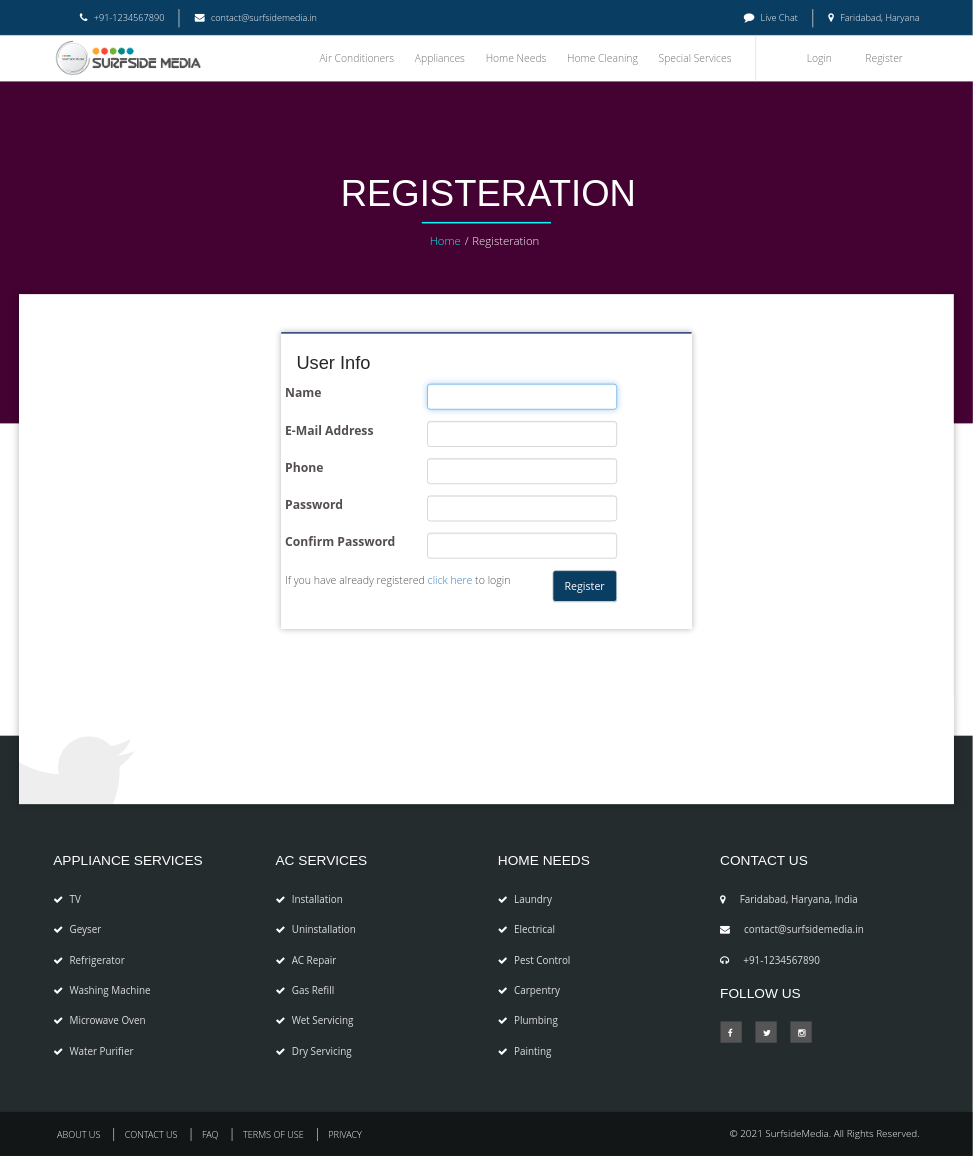
Repository: samiraelshon123/LP_Project
Page: http://localhost/register
These files come from the project's save history. The page is drawn as it stood at one moment and after the next save; the edit follows.
The browser window is 1280 px wide. The pictures show the whole page, at 76% of full size.
Backgrounds fixed to the window are drawn as part of the page. The page is served by the project's Laravel application, run on PHP 8.4 with Laravel 9. Other server files are loaded and not shown.

Above is the page before, as saved 2023-05-22 23:24:09.

### routes/web.php
<?php

use Illuminate\Support\Facades\Route;
use App\Http\Controllers\admin\CategoryController;
use App\Http\Controllers\admin\BrandController;
use App\Http\Controllers\admin\BlogController;
use App\Http\Controllers\admin\SocialMediaController;
use App\Http\Controllers\auth\RegisterController;
use App\Http\Controllers\auth\LoginController;
use App\Http\Controllers\auth\LogoutController;
use App\Http\Controllers\auth\AdminLoginController;

////////////

//user

use App\Http\Controllers\User\UserController;

/*
|--------------------------------------------------------------------------
| Web Routes
|--------------------------------------------------------------------------
|
| Here is where you can register web routes for your application. These
| routes are loaded by the RouteServiceProvider within a group which
| contains the "web" middleware group. Now create something great!
|
*/

Route::group(['prefix' => 'admin','middleware' => ['auth:admin']], function() {
        //admin
        Route::get('/', function(){
            return view('admin.dashboard');
        })->name('admin');

    // brand
    Route::resource('category', CategoryController::class);

    // governorate
    Route::resource('brand', BrandController::class);

    //blog
     Route::resource('blog',BlogController::class);



});

//////////////////////////////////


Route::group(['middleware' => ['auth']], function() {
    Route::get('/', [UserController::class, 'home'])->name('user.home');
    Route::get('/category/{id}', [UserController::class, 'category'])->name('user.category');
    Route::get('/governorate/{id}', [UserController::class, 'governorate'])->name('user.governorate');
    Route::post('/search', [UserController::class, 'search'])->name('user.search');
    Route::get('/contact', [UserController::class, 'contact'])->name('user.contact');
    Route::post('/storeContact', [UserController::class, 'storeContact'])->name('user.storeContact');




});

//////////////////////////////////

//authentication

Route::get('/register', [RegisterController::class, 'register'])->name('register');
Route::post('/register', [RegisterController::class, 'registerUser'])->name('registerUser');


Route::get('/login', [LoginController::class, 'login'])->name('login');
Route::post('/login', [LoginController::class, 'loginUser'])->name('loginUser');


Route::get('/logout', [LogoutController::class, 'logout']);

Route::get('/adminlogin', [AdminLoginController::class, 'loginPage']);
Route::post('/adminlogin', [AdminLoginController::class, 'loginAdmin'])->name('adminlogin');

### app/Http/Controllers/auth/RegisterController.php
<?php

namespace App\Http\Controllers\auth;

use Illuminate\Http\Request;
use App\Http\Controllers\Controller;
use App\Models\User;
class RegisterController extends Controller
{
    public function register(){
        return view('user.auth.register');
    }
    public function registerUser(Request $request){
        $data = $this->validate(request(),[
            'name' => 'required',
            'user_type' => 'required',
            'phone' => 'required',
            'email' => 'required|unique:users',
            'password' => 'min:6',
            'password_confirmation' => 'required_with:password|same:password|min:6'


        ],[],[]);
        $news = User::create( [

            'name' => request('name'),
            'username' => request('name'),
            'user_type' => request('user_type'),
            'phone' => request('phone'),
            'email' => request('email'),
            'password' => bcrypt(request('password')),

        ]);
        return redirect('/');

    }
}

### resources/views/user/auth/register.blade.php
@include('layouts.header')

<div class="section-title-01 honmob">
            <div class="bg_parallax image_02_parallax"></div>
            <div class="opacy_bg_02">
                <div class="container">
                    <h1>Registeration</h1>
                    <div class="crumbs">
                        <ul>
                            <li><a href="index.php.html">Home</a></li>
                            <li>/</li>
                            <li>Registeration</li>
                        </ul>
                    </div>
                </div>
            </div>
        </div>
        <section class="content-central">
            <div class="semiboxshadow text-center">
            </div>
            <div class="content_info">
                <div class="paddings-mini">
                    <div class="container">
                        <div class="col-xs-12 col-sm-6 col-md-6 col-md-offset-3 profile1" style="padding-bottom:40px;">
                            <div class="thinborder-ontop">
                                <h3>User Info</h3>
                                @if ($errors->any())
            <div class="alert alert-danger">
                <ul>
                    @foreach ($errors->all() as $error)
                        <li>{{ $error }}</li>
                    @endforeach
                </ul>
            </div>
    @endif
                                <form class="row g-3" method="POST" action="{{ route('register') }}" enctype="multipart/form-data">
                                  @csrf
                                  <div class="form-group row">
                                        <label for="name" class="col-md-4 col-form-label text-md-right">Name</label>
                                        <div class="col-md-6">
                                            <input id="name" type="text" class="form-control" name="name" value="" required="" autofocus="">
                                        </div>
                                    </div>
                                    <div class="form-group row">
                                        <label for="email" class="col-md-4 col-form-label text-md-right">E-Mail Address</label>
                                        <div class="col-md-6">
                                            <input id="email" type="email" class="form-control" name="email" value="" required="">
                                        </div>
                                    </div>

                                    <div class="form-group row">
                                        <label for="phone" class="col-md-4 col-form-label text-md-right">Phone</label>
                                        <div class="col-md-6">
                                            <input id="phone" type="text" class="form-control" name="phone" value="" required="" autofocus="">
                                        </div>
                                    </div>

                                    <div class="form-group row">
                                        <label for="password"
                                            class="col-md-4 col-form-label text-md-right">Password</label>
                                        <div class="col-md-6">
                                            <input id="password" type="password" class="form-control" name="password" required="">
                                        </div>
                                    </div>
                                    <div class="form-group row">
                                        <label for="password-confirm"
                                            class="col-md-4 col-form-label text-md-right">Confirm Password</label>
                                        <div class="col-md-6">
                                            <input id="password-confirm" type="password" class="form-control" name="password_confirmation" required="">
                                        </div>
                                    </div>
                                    <div class="form-group row mb-0">
                                        <div class="col-md-10">
                                            <span style="font-size: 14px;">If you have already registered <a
                                                    href="login.html" title="Login">click here</a> to login</span>
                                            <button type="submit" class="btn btn-primary pull-right">Register</button>
                                        </div>
                                    </div>
                                </form>
                            </div>
                        </div>
                    </div>
                </div>
            </div>
            <div class="section-twitter">
                <i class="fa fa-twitter icon-big"></i>
                <div class="container">
                    <div class="row">
                        <div class="col-md-12">
                            <div class="text-center">
                            </div>
                        </div>
                    </div>
                </div>
            </div>
        </section>
        @include('layouts.footer')

### public/asset/css/chblue.css
/* Backgrounds ----------------------------------------------------------*/
.btn-primary,
.btn-primary:hover,
.flat-mega-menu .drop-down.full-width ul li a.btn,
.filter-header input[type="submit"],
.ui-widget-header,
.ui-state-default:hover,
.ui-widget-content .ui-state-default:hover,
.ui-widget-header .ui-state-default:hover,
.flat-mega-menu .login-form input[type=submit],
.flat-mega-menu .search-bar ul input[type=submit],
.skin_base,
.promotion-box-info .btn,
.list-styles li i,
.info-gallery .price b,
.widget .input-group-addon.btn-search input,
.header-v2,
.info-head,
.nav-tabs li.active a,
.nav-tabs li.active a:hover,
.nav-tabs li a:hover,
.sort-by-container .style-view li:hover,
.sort-by-container .style-view li.active,
.selector span.custom-select:before,
.slider-selection,
.filter-widget input[type="submit"],
.tabs-detailed .services-lines li:hover,
.pagination > .active > a,
.pagination .active,
.tooltip-inner,
.owl-theme .owl-controls .owl-buttons div,
#theme-options .layout-style li.active,
.thumbs li:hover,
p.lead .line,
.info-testimonial,
.filter-header,
.profilebackground,
.filter-header input[type="button"]{
	background: #0a3d62 !important;
	background-color: #0a3d62 !important;
}
.opacy_bg_03,
.item-team-01 .info-team,
.header-detailed{
	background: #0a3d62;
	background: rgba(136, 196, 37, 0.6);
}

/* Colors ----------------------------------------------------------*/
.item-service-line i,
.titles h2 span,
.info-boxed h3 span,
.price span,
.title-footer h2 span,
.flat-mega-menu > ul > .title > a > span,
.flat-mega-menu > ul > .title i,
.icon-big-nav i,
.ui-datepicker th,
.head-feature,
.flat-mega-menu > ul > li:hover > a,
.footer-v2 ul li i,
.footer-v3 ul li i,
.footer-v4 ul li i,
.flat-mega-menu > ul > li:hover > a,
.flat-mega-menu .login-form:hover,
.flat-mega-menu .search-bar:hover,
.item-team h4 span,
.item-team-01 .social-team li a:hover,
.large-number,
.info-gallery h3 span,
.post-format-icon > i,
.post-item .post-title a:hover,
.post-meta a:hover,
.post-quote-author a,
.single-blog h4 i,
.single-blog h4 a,
.nav-tabs li i,
.container-by-widget-filter h4,
.title-results a,
blockquote > a,
.tweet_time a,
.tweet_text a,
.acc-trigger a:hover, .acc-trigger.active a, .acc-trigger.active a:hover,
.crumbs li a,
.page-error h1 i,
.sitemap li a:hover,
.pagination > li > a, .pagination > li > span,
address i,
address a{
	color: #0a3d62;
}

/* Borders ----------------------------------------------------------*/
.pagination > .active > a,
.pagination > .active:hover > a,
.filter-header,
.flat-mega-menu h2 span,
.ui-datepicker,
.crumbs ul,
.portfolioFilter .current, .portfolioFilter a:hover,
.post-format-icon > i,
.section-title-03 h1,
.title-widget{
	border-color: #0a3d62 !important;
}
.crumbs:before{
	border-bottom: 20px solid #0a3d62;
}
.tooltip.top .tooltip-arrow {
  border-top-color: #0a3d62;
}
.flat-mega-menu .drop-down,
.flat-mega-menu .social-bar ul {
	border-bottom-color: #0a3d62;
}
.nav-tabs li.active:after {
	border: 16px solid #0a3d62;
	border-left-color: transparent;
	border-right-color: transparent;
	border-bottom-color: transparent;
	content: "";
	left: 50%;
	margin-left: -16px;
	position: absolute;
	z-index: 101;
}
.title-widget:after {
  border-top: 15px solid  #0a3d62;
}

hr.separator::before {
	background: #0a3d62;
}
#footer .fa{
	color:#fff;
}
.footer-m {
	border-top: 2px solid #0a3d62;
}

.footer-m ul li a .fa {
	color: #0a3d62 !important;
}

 .crumbs ul{
	border-color: #05f9f9 !important;
}

.crumbs ul li a{
	color: #05f9f9 !important;
}

.line{
	background: #05f9f9 !important;
	background-color: #05f9f9 !important;
}
.header-v3 {
	z-index: 9999;
}
.error{
	color:#f20e0e !important;
	font-size: 14px !important;
}

.typeahead, .typeahead li{
	z-index: 99999 !important;
}
#sponsors{
	z-index: 101;
}
.#owl-wrapper{
	z-index: 100;
}

### public/asset/css/theme-responsive.css
/* ---------------------------------------------------------------------- */
/*	Version 1500px
/* ---------------------------------------------------------------------- */
@media handheld, only screen and (max-width: 1500px) {
	.layout-wide .crumbs:before{
	    left: 15%;
	}
	/* Filter Header - Title Header ------------------------------*/
	.filter-title{
		top: 12%;
		left: 0%;
		margin-left: 0;
		width: 100%;
	}
	.title-header h1{
		font-size: 4rem;
		line-height: 4.3rem;
	}
	.filter-header{
		max-width: 80%;
	}
}
/* ---------------------------------------------------------------------- */
/*	Version 1280px
/* ---------------------------------------------------------------------- */
@media handheld, only screen and (max-width: 1250px) {
	.flat-mega-menu > ul > li > a {
		padding-left: 8px;
		padding-right: 8px;
		font-size: 0.78rem;
	}
	.flat-mega-menu > ul > .title i{
		right: 20%;
	}
	/* Filter Header - Title Header ------------------------------*/
	.filter-title{
		top: 12%;
		left: 0%;
		margin-left: 0;
		width: 100%;
	}
	.title-header h1{
		font-size: 3.5rem;
		line-height: 3.7rem;
	}
	.layout-semiboxed .flat-mega-menu .container,
	.layout-semiboxed footer .container{
		width: auto !important;
		padding-right: 15px !important;
  		padding-left: 15px !important;
	}
}
/* ---------------------------------------------------------------------- */
/*	Version 1024px
/* ---------------------------------------------------------------------- */
@media handheld, only screen and (max-width: 1024px) {

	.section-title{
		height: 290px;
	}
	.semiboxshadow img {
		display: none;
	}
}
/* ---------------------------------------------------------------------- */
/*	 Version 1000px
/* ---------------------------------------------------------------------- */
@media handheld, only screen and (max-width: 999px) {
	html {
		font-size: 14px;
	}

	header{
		position: relative;
	}
	.content-info{
		max-width: auto;
		margin-top: 0;
		margin-bottom: -120px;
	}

	.layout-wide .content-info{
		max-width: auto;
	}
	.layout-wide .semiboxshadow{
		display: none;
	}
	.layout-boxed-margin{
		max-width: 1230px;
		margin: 0 auto;
	}
	.footer-down,
	.footer-down ul,
	header{
		text-align: center;
	}
	footer h4,
	.post-item h4{
		margin-top: 20px;
	}
	.img-footer{
		margin-top: 60px;
	}
	.footer-v3 .img-footer{
		margin-top: 0;
		margin-bottom: 0;
	}

	/* Filter Header - Title Header ------------------------------*/
	.header-v1{
		background: rgba(0,0,0,0.7);
		max-height: 2000px !important;
	}
	.flat-mega-menu > ul > .title > a{
		padding-left: 0;
		padding-right: 0;
	}
	.flat-mega-menu > ul > .title i{
		right: 40%;
	}
	.flat-mega-menu > ul > li > a {
		font-size: 1rem;
	}
	.filter-title{
		top: 12%;
		left: 10%;
		margin-left: -5%;
		width: 90%;
	}
	.title-header h1{
		font-size: 3rem;
		line-height: 3.4rem;
	}
	.title-header p{
		max-width: 700px;
	}
	.filter-header{
		max-width: 100%;
	}
	.content-central{
		margin-top: -50px;
		margin-bottom: -150px;
	}
	.services-lines{
		width: 100%;
		margin-top: 30px;
	}
	.services-lines-info{
		text-align: center;
	}
	.services-lines-info p.lead .line {
	  margin: 20px auto;
	}
	.promotion-box{
		max-width: 350px;
		margin:0 auto 30px auto;
	}
	.info-testimonial{
		width: 100%;
		margin-left: 0;
	}
	#slide-features .btn{
		margin-bottom: 20px;
	}
	footer{
		text-align: center;
	}
	.testimonial-info{
		text-align: center;
		padding-bottom: 100px;
	}
	.content-boxes .item-boxed{
		width: 100%;
	}
	.testimonial-info{
		padding-top: 80px;
	}
	footer .input-group{
		margin-bottom: 20px;
	}
	.footer-v1 ul.nav-footer{
		margin-top: 10px;
	}
	.section-title-01 h1{
		padding-top: 180px;
	}
	.section-title-02,
	.section-title-03{
		text-align: center;
		height: 300px;
	}
	.section-title-02 .crumbs,
	.section-title-03 .crumbs{
	  padding: 0;
	  text-align: center;
	}
	.section-title-03 h1{
		padding: 110px 0 10px 0;
	}
	.section-title-03 .crumbs ul {
	  margin: 10px auto;
	  padding: 10px;
	  list-style: none;
	}
	.item-table{
		margin:0 auto 30px auto;
		max-width: 380px;
		border:1px solid #dedede !important;
	}

}
/* ---------------------------------------------------------------------- */
/*	 Mobile Version 768px
/* ---------------------------------------------------------------------- */
@media handheld, only screen and (max-width: 768px) {


}
/* ---------------------------------------------------------------------- */
/*	 Version 600px
/* ---------------------------------------------------------------------- */
@media handheld, only screen and (max-width: 600px) {
	.flat-mega-menu > ul > .title i{
		display: none !important;
	}
	.filter-title{
		top: 40%;
	}
	.filter-header{
		max-width: 100%;
		height: auto;
		overflow: auto;
	}
	.content-central{
		margin-top: 0;
		margin-bottom: -150px;
	}
	.title-header h1{
		font-size: 2rem;
		line-height: 2.4rem;
	}
	.filter-header .input-large{
		width: 40%;
	}
	.filter-header .date-input{
		width: 20%;
		font-size: 0.7rem;
		border-top: 1px solid #dedede;
	}
	.filter-header .selector {
		width: 20%;
		border-top: 1px solid #dedede;
	}
	.filter-header input[type="submit"]{
		width: 100%;
	}
	.content-boxes .item-boxed{
		margin-bottom: 30px;
		display: block;
	}
	.image-boxed{
		float: none !important;
	  	width: 100% !important;
	  	display: block !important;
	}
	.image-boxed img{
		width: auto !important;
	}
	.info-boxed{
	  	width: 100% !important;
	  	top: 0;
	  	margin-bottom: 30px;
	  	height: auto;
	}
	.boxed-bottom{
		border-bottom: 0 !important;
	}
	.boxed-top{
		border-top: 0 !important;
	}
	.services-lines li{
		width: 33.33%;
	}
	.image-boxed a.more-boxe{
		top: 60%;
	}
}
/* ---------------------------------------------------------------------- */
/*	 Version 480px
/* ---------------------------------------------------------------------- */
@media handheld, only screen and (max-width: 470px) {
	.title-header p,
	.title-header h1{
		display: none;
	}
	.filter-header .input-large{
		width: 100%;
	}
	.filter-header .date-input{
		width: 100%;
		font-size: 0.7rem;
	}
	.filter-header .selector {
		width: 100%;
	}
	.filter-header input[type="submit"]{
		width: 100%;
	}
	.services-lines li{
		width: 50%;
	}
}

Loaded but not shown: app/Http/Controllers/Controller.php (common file); public/asset/css/dtb/jquery.dataTables.min.css (library); public/asset/css/select2.min.css (library); public/asset/css/toastr.min.css (library); public/asset/js/jquery.js (library); public/asset/js/jquery-ui.1.10.4.min.js (library); public/asset/js/toastr.min.js (library); public/asset/js/modernizr.js (library); lang/en.json (common file); public/asset/css/bootstrap/bootstrap.min.css (library); public/asset/css/bootstrap/bootstrap-theme.css (library); public/asset/css/bootstrap/bootstrap-slider.css (library); public/asset/js/fancybox/jquery.fancybox.css (library); public/asset/css/animations/animate.css (library); public/asset/css/carousel/owl.carousel.css (common file); public/asset/css/carousel/owl.theme.css (library); public/asset/css/flickr/flickr.css (common file); public/asset/css/icons/font-awesome.min.css (library); public/asset/css/slide/revolution.css (common file); public/asset/css/style.css (4114 lines, source omitted); public/asset/js/rs-plugin/css/settings.css (2436 lines, source omitted); public/asset/css/calendar/calendar.css (1201 lines, source omitted); public/asset/css/slide/extralayers.css (1390 lines, source omitted); public/asset/css/nav/style.css (882 lines, source omitted); resources/views/layouts/footer.blade.php (132 lines, source omitted); resources/views/layouts/header.blade.php (127 lines, source omitted); public/asset/css/skins/theme-options.css (246 lines, source omitted)

After the next save:
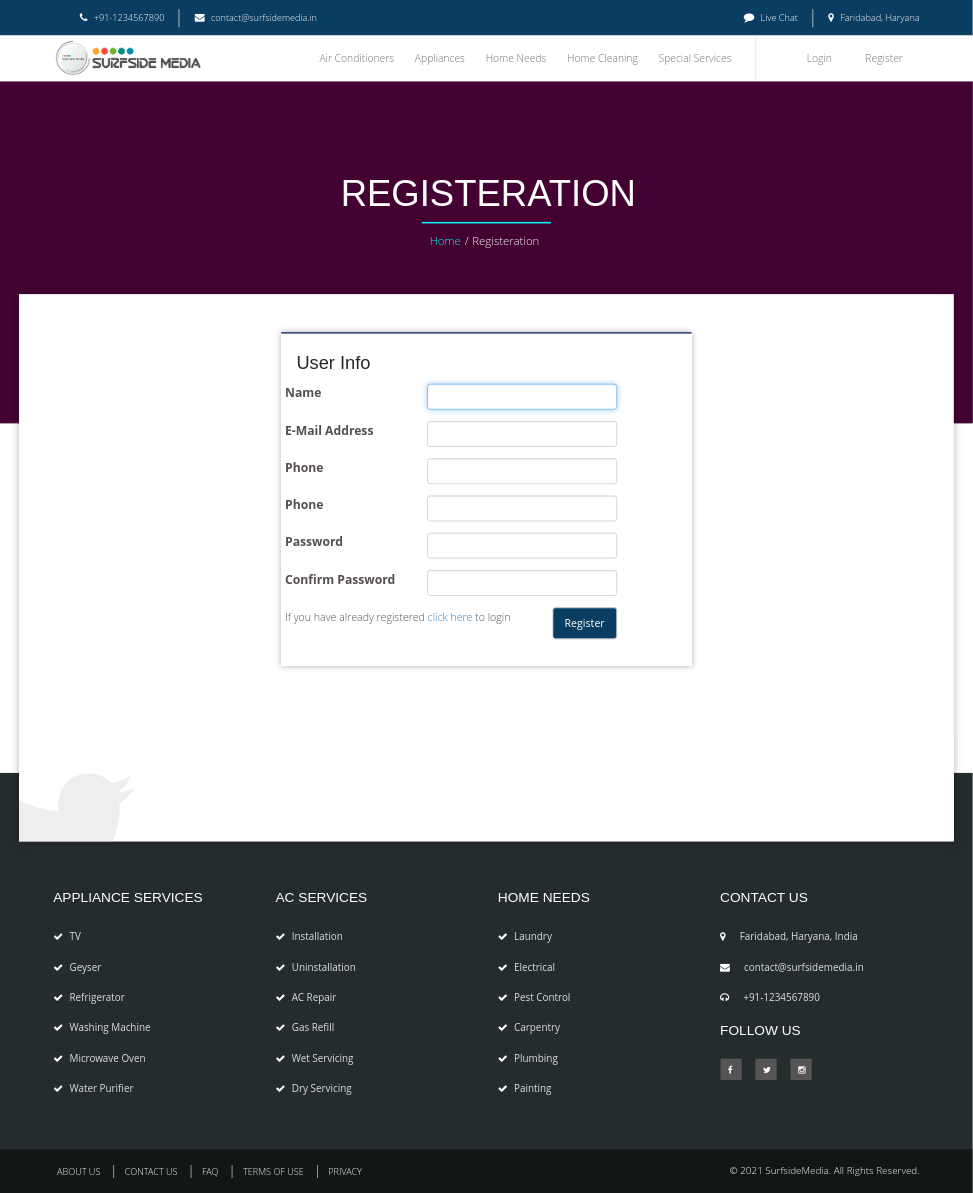
Saved 33 s later.
--- a/resources/views/user/auth/register.blade.php
+++ b/resources/views/user/auth/register.blade.php
@@ -56,6 +56,13 @@
                                     </div>
 
                                     <div class="form-group row">
+                                        <label for="phone" class="col-md-4 col-form-label text-md-right">Phone</label>
+                                        <div class="col-md-6">
+                                            <input id="phone" type="text" class="form-control" name="phone" value="" required="" autofocus="">
+                                        </div>
+                                    </div>
+
+                                    <div class="form-group row">
                                         <label for="password"
                                             class="col-md-4 col-form-label text-md-right">Password</label>
                                         <div class="col-md-6">
